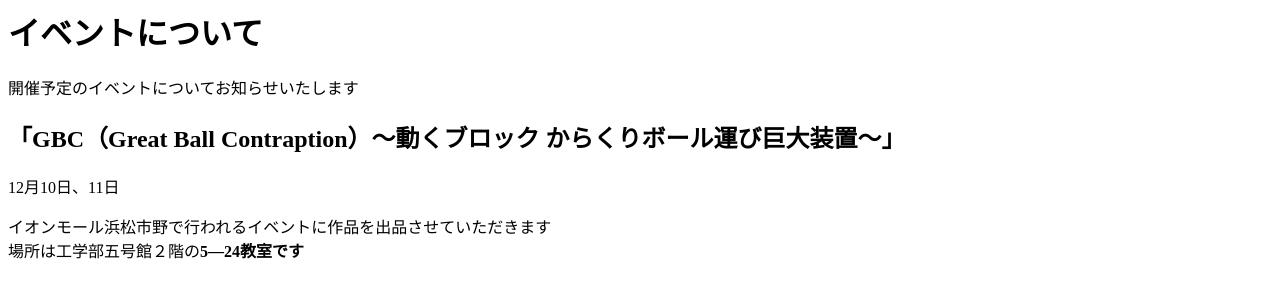
Repository: ghevp/LEGO-club
Page: http://localhost/page/event.php
The author's editor kept a copy of each file at every save. The page is drawn from the files as they stood at one save, then again after the next save.
The browser window is 1280 px wide. The pictures show the whole page.
The page is run by PHP 8.4 with error messages shown; the project is at /var/www/html/.

Above is the page before, as saved 2022-11-27 00:45:35.

### page/event.php
<main class="main">

    <h1>イベントについて</h1>
    <p>開催予定のイベントについてお知らせいたします</p>
    <h2>「GBC（Great Ball Contraption）〜動くブロック からくりボール運び巨大装置〜」</h2>
    <p class="date">12月10日、11日  </p>
    <p>イオンモール浜松市野で行われるイベントに作品を出品させていただきます<br>
    場所は工学部五号館２階の<b>5―24教室です</b>
    </p>
</main>

After the next save:
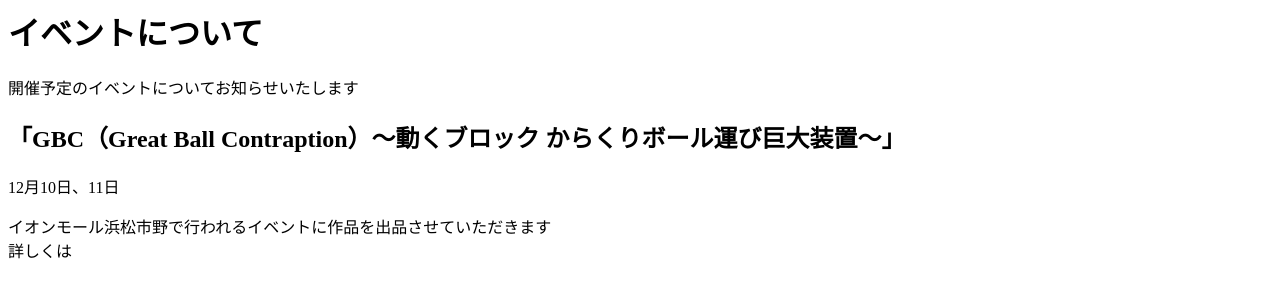
Saved 7 s later.
--- a/page/event.php
+++ b/page/event.php
@@ -5,6 +5,6 @@
     <h2>「GBC（Great Ball Contraption）〜動くブロック からくりボール運び巨大装置〜」</h2>
     <p class="date">12月10日、11日  </p>
     <p>イオンモール浜松市野で行われるイベントに作品を出品させていただきます<br>
-    場所は工学部五号館２階の<b>5―24教室です</b>
+    詳しくは
     </p>
 </main>
